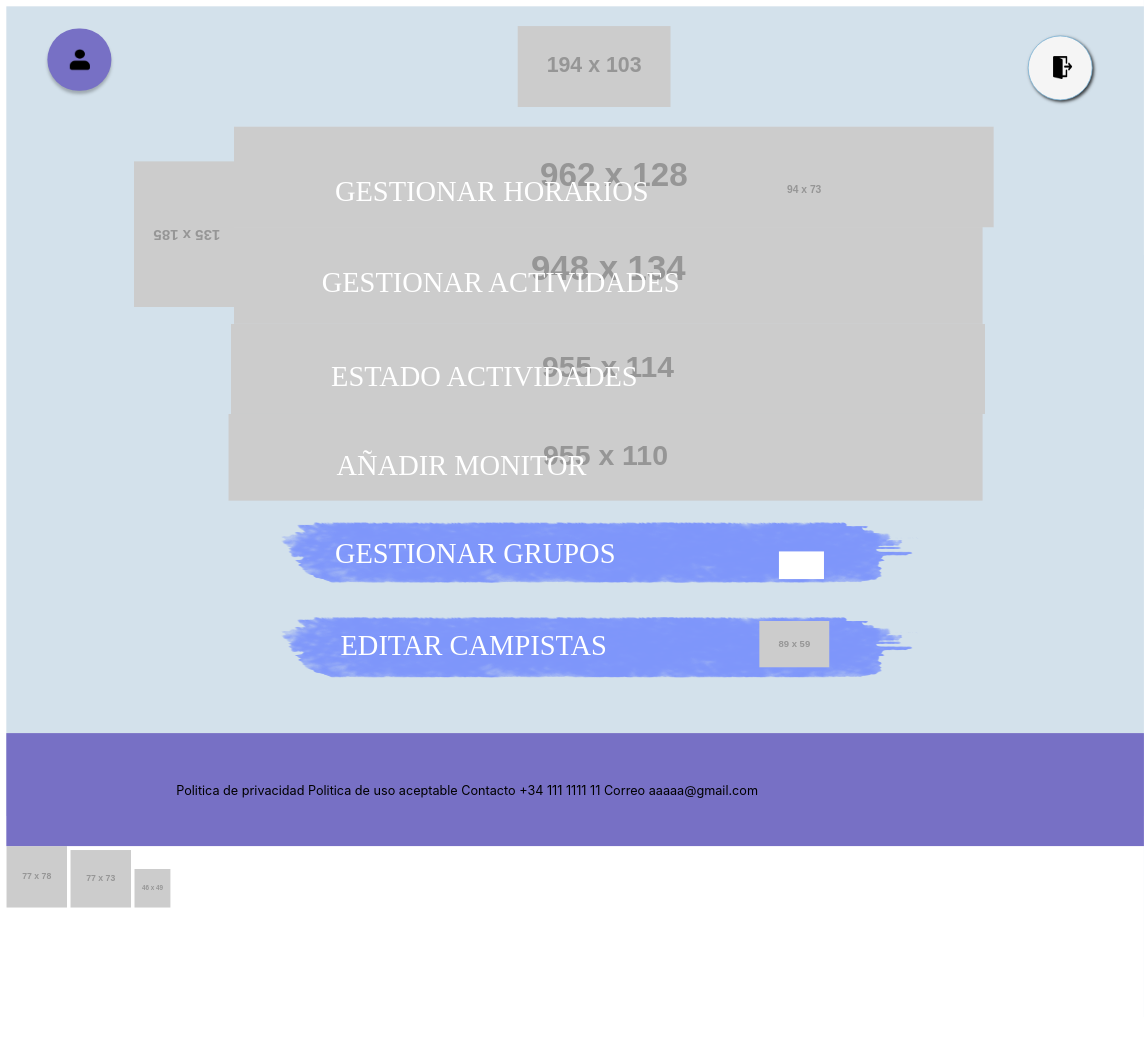
Repository: maariadomiingo/Proyecto-Integrador-Campamento
Page: html/interfaz_coordinador.html
These files come from the project's save history. The page is drawn as it stood at one moment and after a run of saves; the edit follows.
The browser window is 1280 px wide. The page is 1448 px wide, so the pictures cover 1448 px, including what lies to the right of the window. The pictures show the whole page, at 79% of full size.

Above is the page before, as saved 2025-01-31 12:29:00.

After the next 3 saves:
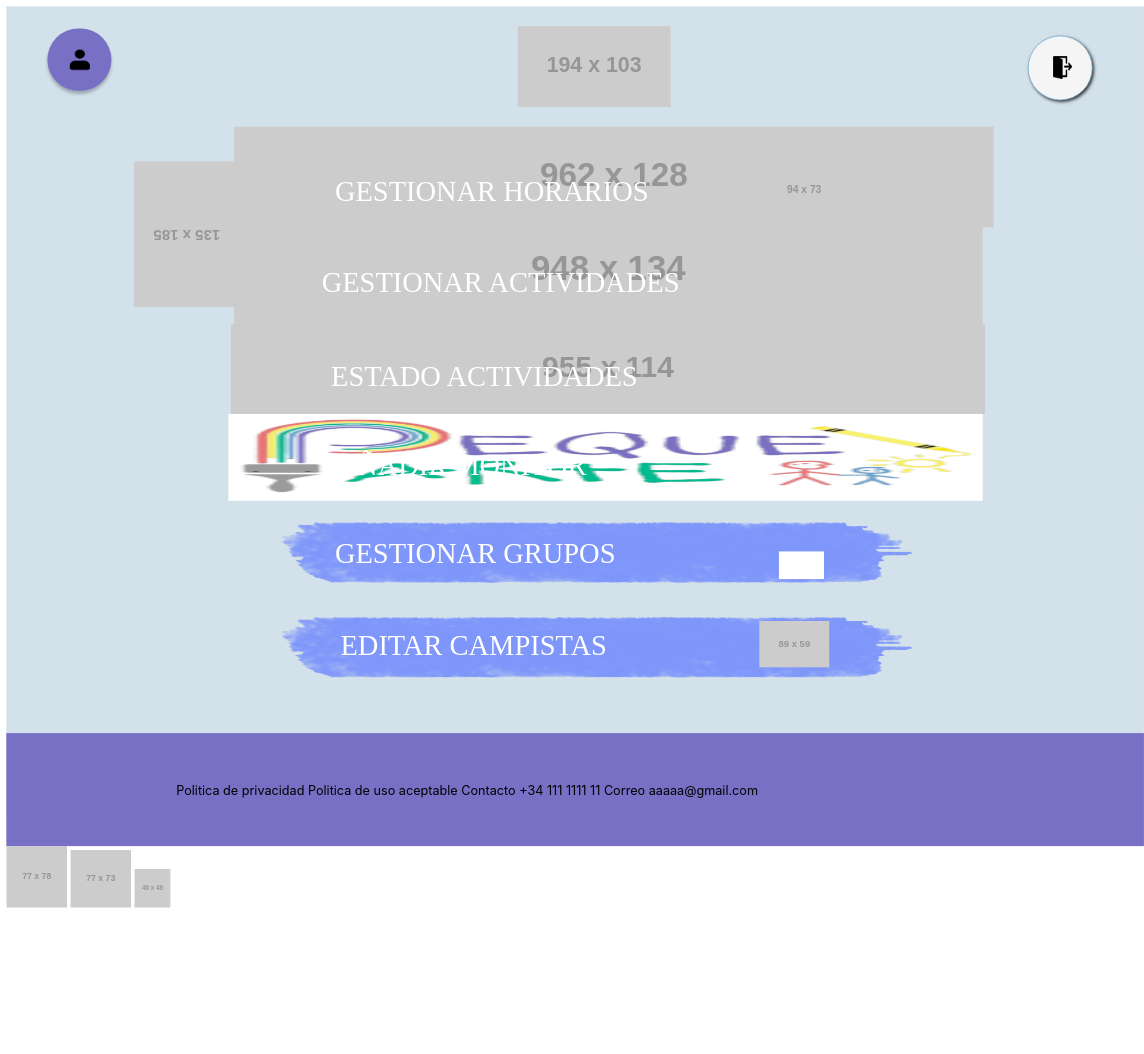
The 3 saves are shown as one change because they came seconds apart.
The last was saved 47 s later.
--- a/html/interfaz_coordinador.html
+++ b/html/interfaz_coordinador.html
@@ -20,7 +20,7 @@
   <img style="width: 940px; height: 400px; left: 288px; top: 630px; position: absolute" src="../img/trazo-pincel.png" />
   <img style="width: 940px; height: 400px; left: 288px; top: 510px; position: absolute" src="../img/trazo-pincel.png" />
   <div style="width: 955px; height: 110px; left: 281px; top: 516px; position: absolute">
-    <img style="width: 955px; height: 110px; left: 0px; top: 0px; position: absolute" src="https://via.placeholder.com/955x110" />
+    <img style="width: 955px; height: 110px; left: 0px; top: 0px; position: absolute" src="../img/logo.png" />
     <div style="width: 455px; height: 17.65px; left: 137px; top: 44px; position: absolute; color: white; font-size: 36px; font-family: Montserrat; font-weight: 500; word-wrap: break-word">AÑADIR MONITOR</div>
   </div>
   <div style="width: 955px; height: 114px; left: 284px; top: 402px; position: absolute">
